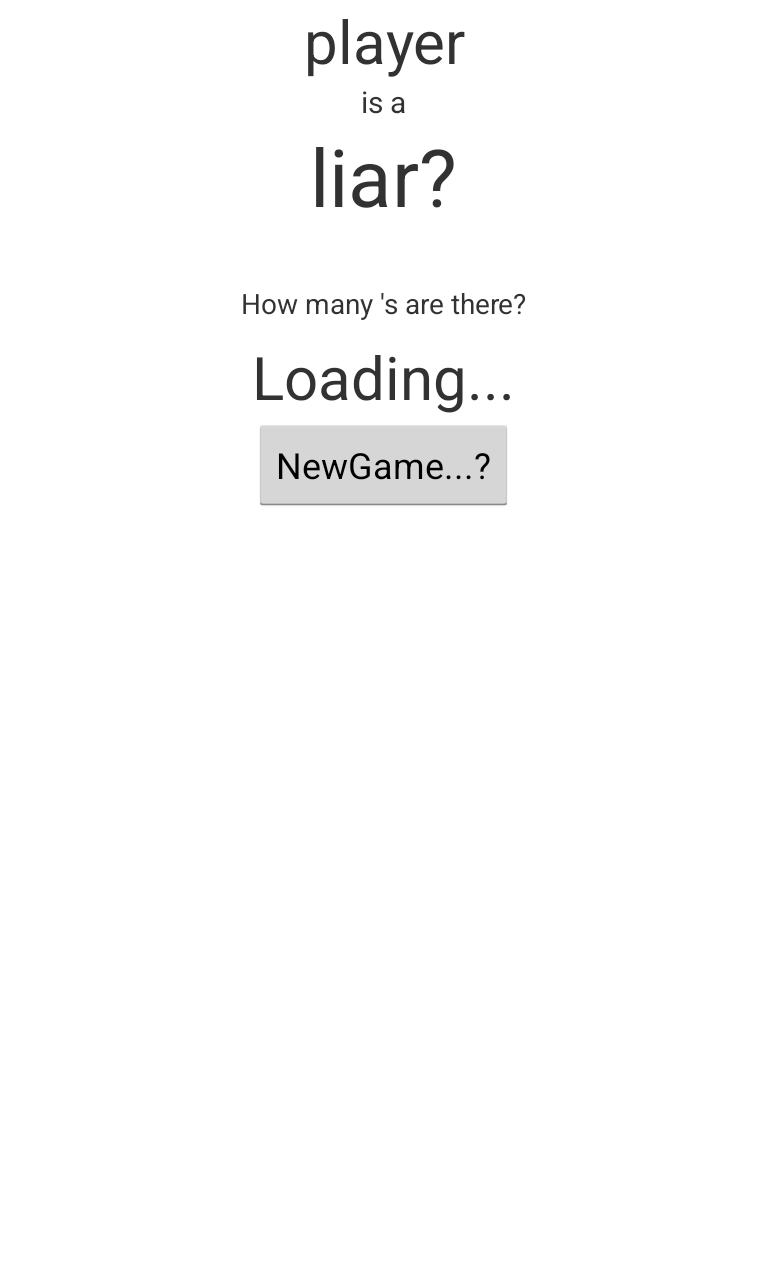
Repository: RayyLim/LiarPoker
Layout: LiarPoker/res/layout/result_main.xml
The author's editor kept a copy of each file at every save. The layout is drawn from the files as they stood at one save, then again after the next save.
It is drawn on a 768 x 1280 px phone screen (xhdpi) without system bars, with theme AppTheme; the app's code is not run.

Above is the layout before, as saved 2012-07-22 18:16:39.

After the next save:
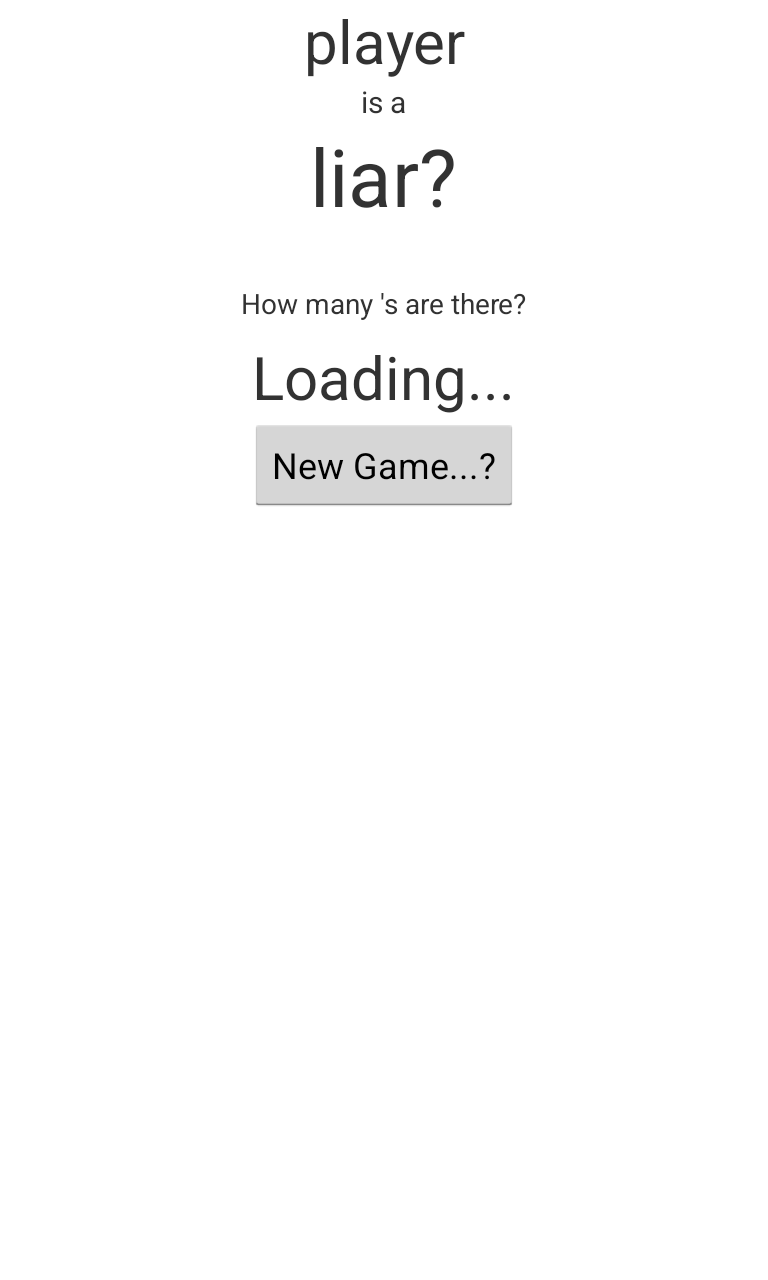
Saved 3 min 56 s later.
--- a/LiarPoker/res/layout/result_main.xml
+++ b/LiarPoker/res/layout/result_main.xml
@@ -105,6 +105,6 @@
         android:layout_height="wrap_content"
         android:onClick="NewGameClick"
         android:layout_gravity="center_horizontal"
-        android:text="NewGame...?" />
+        android:text="New Game...?" />
 
 </LinearLayout>
